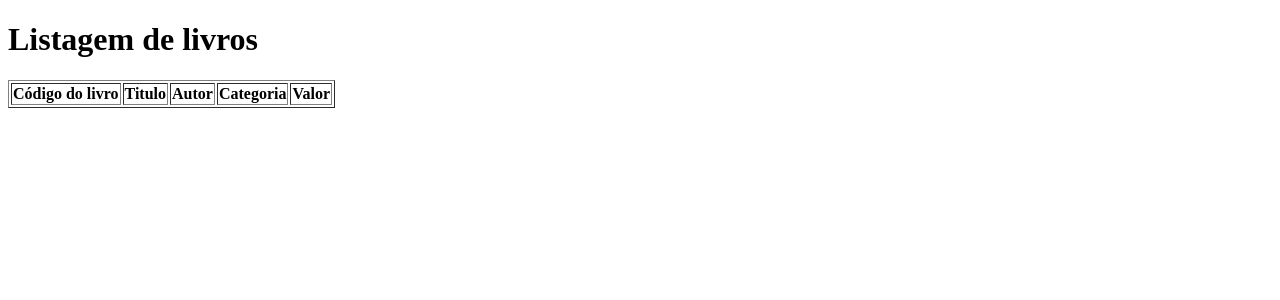
Repository: EikDEV/Atividade-Cliente-Servidor
Page: http://localhost/crudjspjava/mostrarlivro.jsp
An editor plug-in stored every save of this project. The page is shown before and after the next save, followed by the edit.
The browser window is 1280 px wide. The pictures show the whole page.
The page is served by Tomcat 9. Queries for data that is not in the repository find no rows.

Above is the page before, as saved 2022-11-05 16:41:07.

### crudjspjava/src/main/webapp/mostrarlivro.jsp
<%@ page import="com.crudjspjava.dao.LivroDao" %>
<jsp:useBean id="l" class="com.crudjspjava.bean.Livro"></jsp:useBean>
<jsp:setProperty property="*" name="l"/>
<!DOCTYPE html>
<html>
<head>
<meta charset="ISO-8859-1">
<title>Visualização de livros por categoria</title>
</head>
<body>
	<%@ page import="com.crudjspjava.dao.LivroDao, com.crudjspjava.bean.*, java.util.*"%>
	<%@ taglib uri="http://java.sun.com/jsp/jstl/core" prefix="c" %>

	<h1>Listagem de livros</h1>

	<%
		List<Livro> list = LivroDao.getAllbyCategoria(l);
		request.setAttribute("list", list);
	%>

	<table border="1">
		<tr><th>Código do livro</th><th>Titulo</th><th>Autor</th><th>Categoria</th><th>Valor</th></tr>
		<c:forEach items="${list}" var="livro">
			<tr>
				<td>${livro.getCodlivro()}</td>
				<td>${livro.getTitulo()}</td>
				<td>${livro.getAutor()}</td>
				<td>${livro.getCategoria()}</td>
				<td>${livro.getValor()}</td>
			</tr>
		</c:forEach>

	</table>
</body>
</html>

### crudjspjava/src/main/java/com/crudjspjava/bean/Livro.java
package com.crudjspjava.bean;

public class Livro {

	private int codlivro;
	private String titulo;
	private String autor;
	private String categoria;
	private float valor;

	public int getCodlivro() {
		return codlivro;
	}
	public void setCodlivro(int codlivro) {
		this.codlivro = codlivro;
	}
	public String getTitulo() {
		return titulo;
	}
	public void setTitulo(String titulo) {
		this.titulo = titulo;
	}
	public String getAutor() {
		return autor;
	}
	public void setAutor(String autor) {
		this.autor = autor;
	}
	public String getCategoria() {
		return categoria;
	}
	public void setCategoria(String categoria) {
		this.categoria = categoria;
	}
	public float getValor() {
		return valor;
	}
	public void setValor(float valor) {
		this.valor = valor;
	}

}

### crudjspjava/src/main/java/com/crudjspjava/dao/LivroDao.java
package com.crudjspjava.dao;

import java.sql.Connection;
import java.sql.DriverManager;
import java.sql.PreparedStatement;
import java.sql.ResultSet;
import java.util.ArrayList;
import java.util.List;

import com.crudjspjava.bean.Livro;

public class LivroDao {

	public static Connection getConnection() {
		Connection con = null;

		try {
			Class.forName("com.mysql.jdbc.Driver");
			con = DriverManager.getConnection("jdbc:mysql://localhost:3306/bdlivraria", "Eik", "Eik981934478");
		}catch (Exception e){
			System.out.println(e);
		}
		return con;
	}

	public static int deletarLivro(Livro l) {
		int status = 0;

		try {
			Connection con = getConnection();
			PreparedStatement ps = (PreparedStatement) con.prepareStatement("delete from tblivros where codlivro=?");
			ps.setInt(1, l.getCodlivro());
			status = ps.executeUpdate();
		}catch (Exception e) {
			System.out.println(e);
		}
		return status;
	}

	public static int salvarLivro(Livro l) {
		int status = 0;

		try {
			Connection con = getConnection();
			PreparedStatement ps = (PreparedStatement) con.prepareStatement("insert into tblivros (codlivro, titulo, autor, categoria, valor) values (?, ?, ?, ?, ?)");
			ps.setInt(1, l.getCodlivro());
			ps.setString(2, l.getTitulo());
			ps.setString(3, l.getAutor());
			ps.setString(4, l.getCategoria());
			ps.setFloat(5, l.getValor());
			status = ps.executeUpdate();
		}catch (Exception e) {
			System.out.println(e);
		}
		return status;
	}

	public static int updateLivro(Livro l) {
		int status = 0;

		try {
			Connection con = getConnection();
			PreparedStatement ps = (PreparedStatement) con.prepareStatement("update tblivros set titulo=?, autor=?, categoria=?, valor=? where codlivro=?");
			ps.setString(1, l.getTitulo());
			ps.setString(2, l.getAutor());
			ps.setString(3, l.getCategoria());
			ps.setFloat(4, l.getValor());
			ps.setInt(5, l.getCodlivro());
			status = ps.executeUpdate();
		}catch (Exception e) {
			System.out.println(e);
		}
		return status;
	}

	public static Livro getRegisterById(int codlivro) {
		Livro livro = null;

		try {
			Connection con = getConnection();
			PreparedStatement ps = (PreparedStatement) con.prepareStatement("select * from tblivros where codlivro = ?");
			ps.setInt(1, codlivro);
			ResultSet rs = ps.executeQuery();

			while(rs.next()) {
				livro = new Livro();
				livro.setCodlivro(rs.getInt("codlivro"));
				livro.setTitulo(rs.getString("titulo"));
				livro.setAutor(rs.getString("autor"));
				livro.setCategoria(rs.getString("categoria"));
				livro.setValor(rs.getFloat("valor"));
			}
		}catch (Exception e) {
			System.out.println(e);
		}
		return livro;
	}

	public static List<Livro> getAllLivros() {
		List<Livro> list = new ArrayList<Livro>();

		try {
			Connection con = getConnection();
			PreparedStatement ps = (PreparedStatement) con.prepareStatement("select * from tblivros");
			ResultSet rs = ps.executeQuery();

			while (rs.next()) {
				Livro livro = new Livro();
				livro.setCodlivro(rs.getInt("codlivro"));
				livro.setTitulo(rs.getString("titulo"));
				livro.setAutor(rs.getString("autor"));
				livro.setCategoria(rs.getString("categoria"));
				livro.setValor(rs.getFloat("valor"));
				list.add(livro);
			}
		}catch (Exception e) {
			System.out.println(e);
		}
		return list;
	}

	public static List<Livro> getAllbyCategoria(Livro l) {
		List<Livro> list = new ArrayList<Livro>();

		try {
			Connection con = getConnection();
			PreparedStatement ps = (PreparedStatement) con.prepareStatement("select * from tblivros where categoria = ?");
			ps.setString(1, l.getCategoria());
			ResultSet rs = ps.executeQuery();

			while(rs.next()) {
				Livro livro = new Livro();
				livro = new Livro();
				livro.setCodlivro(rs.getInt("codlivro"));
				livro.setTitulo(rs.getString("titulo"));
				livro.setAutor(rs.getString("autor"));
				livro.setCategoria(rs.getString("categoria"));
				livro.setValor(rs.getFloat("valor"));
				list.add(livro);
			}
		}catch (Exception e) {
			System.out.println(e);
		}
		return list;
	}

}

After the next save:
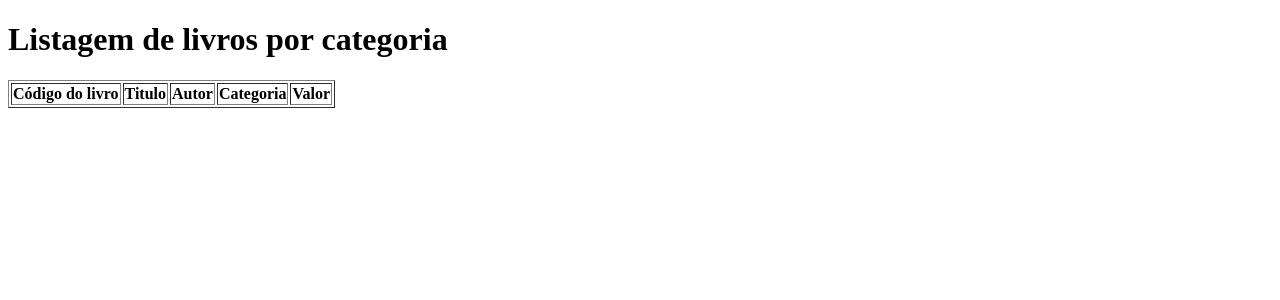
Saved 13 min 47 s later.
--- a/crudjspjava/src/main/webapp/mostrarlivro.jsp
+++ b/crudjspjava/src/main/webapp/mostrarlivro.jsp
@@ -11,7 +11,7 @@
 	<%@ page import="com.crudjspjava.dao.LivroDao, com.crudjspjava.bean.*, java.util.*"%>
 	<%@ taglib uri="http://java.sun.com/jsp/jstl/core" prefix="c" %>
 
-	<h1>Listagem de livros</h1>
+	<h1>Listagem de livros por categoria</h1>
 
 	<%
 		List<Livro> list = LivroDao.getAllbyCategoria(l);
